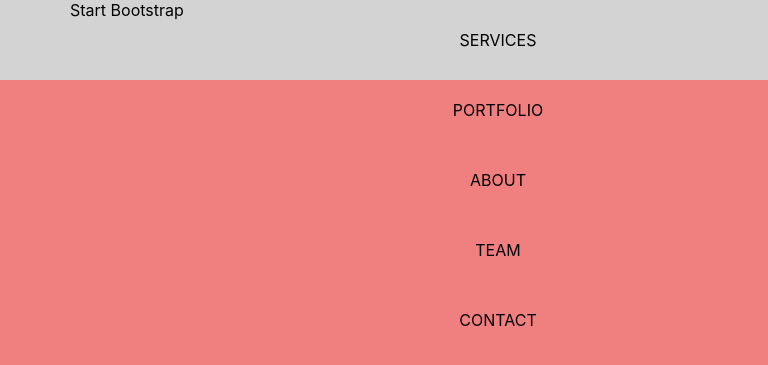
Repository: ooter37/media-queries-afternoon
Page: / (app in portfolio-clone/)
These files come from the project's save history. The page is drawn as it stood at one moment and after the next save; the edit follows.
The browser window is 768 px wide. The pictures show the whole page.
The project was rebuilt for these pictures with package versions that can differ from the ones it lists, and the page was loaded fresh each time.

Above is the page before, as saved 2020-04-13 13:48:12.

### portfolio-clone/src/App.js
import React from 'react';
import './App.css';
import Banner from './Components/Banner'

function App() {
  return (
    <div className="App">
      <Banner />
    </div>
  );
}

export default App;

### portfolio-clone/src/App.css
body {
  width: 100vw;
  background-color: lightcoral;
}

.header {
  width: 100%;
  height: 80px;
  background-color: lightgrey;
  display: flex;
}

.navbar {
  height: 100%;
  width: 100%;
  display: flex;
  align-items: center;
}

.buttons {
  width: 500px;
	display: flex;
	flex-direction: row;
	justify-content: space-between;
  align-items: center;
  position: fixed;
  top: 30px;
  right: 20px;

}

.start-bootstrap {
  position: fixed;
  left: 70px;
}

@media screen and (max-width: 991px) {
  .navbar {
    flex-direction: column;
  }
  .buttons {
    flex-direction: column;
    min-width: 300px;
    height: 300px;
    position: none;
  }

}

### portfolio-clone/src/Components/Banner.js
import React from 'react'



export default class Banner extends React.Component {
    constructor() {
        super()

    }
    render() {
        return (
            <header className='header'>
                <nav className='navbar'>
                    <div className='start-bootstrap'>Start Bootstrap</div>
                    <div className='buttons'>

                            <div>SERVICES</div>

                            <div>PORTFOLIO</div>

                            <div>ABOUT</div>

                            <div>TEAM</div>

                            <div>CONTACT</div>

                    </div>
                </nav>
            </header>
        )
    }
}

Loaded but not shown: portfolio-clone/public/index.html (common file); portfolio-clone/src/index.js (common file); portfolio-clone/src/index.css (common file); portfolio-clone/src/serviceWorker.js (common file)

After the next save:
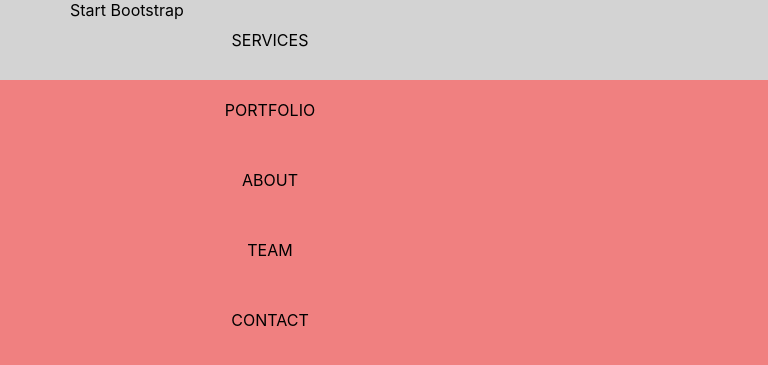
Saved 18 s later.
--- a/portfolio-clone/src/App.css
+++ b/portfolio-clone/src/App.css
@@ -42,7 +42,8 @@ body {
     flex-direction: column;
     min-width: 300px;
     height: 300px;
-    position: none;
+
+    left: 20px;
   }
 
 }
